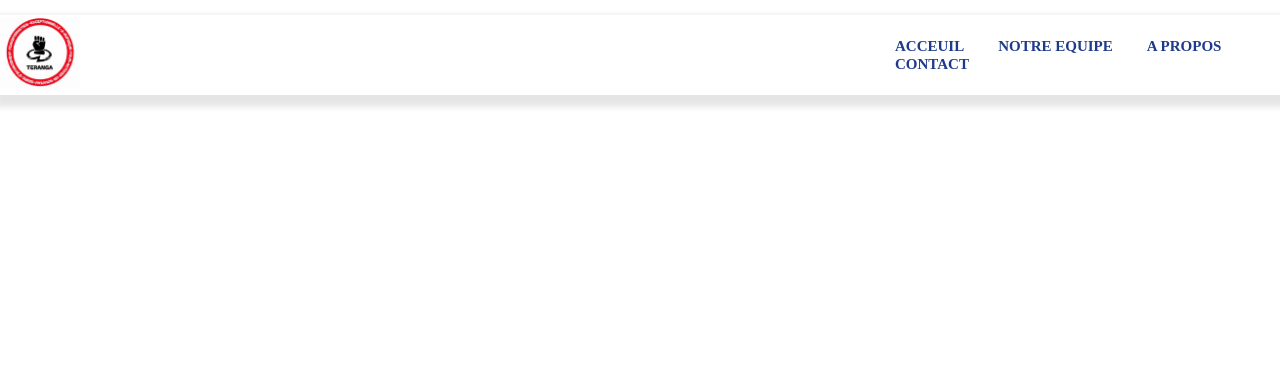
Repository: assanendao171/projet-teranga
Page: equipe.html
An editor plug-in stored every save of this project. The page is shown before and after the next save, followed by the edit.
The browser window is 1280 px wide. The pictures show the whole page.

Above is the page before, as saved 2026-02-14 12:52:19.

After the next save:
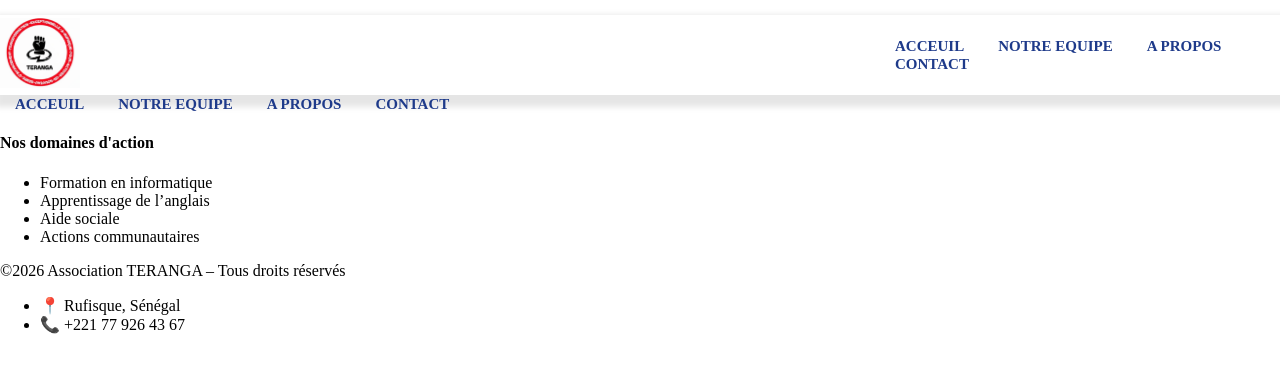
Saved 24 s later.
--- a/equipe.html
+++ b/equipe.html
@@ -24,5 +24,34 @@
       </div>
     </header>
     <!-- corps -->
+
+    <footer>
+      <nav class="btn-footer">
+        <a href="index.html" target="_blank">ACCEUIL</a>
+        <a href="equipe.html" target="_blank">NOTRE EQUIPE</a>
+        <a href="propos.html" target="_blank">A PROPOS</a>
+        <a href="contact.html" target="_blank">CONTACT</a>
+      </nav>
+      <div class="contain-footer">
+        <div class="liste-footer">
+          <h4>Nos domaines d'action</h4>
+          <ul>
+            <li>Formation en informatique</li>
+            <li>Apprentissage de l’anglais</li>
+            <li>Aide sociale</li>
+            <li>Actions communautaires</li>
+          </ul>
+        </div>
+        <div class="copyright">
+          <p>&copy;2026 Association TERANGA – Tous droits réservés</p>
+        </div>
+        <div class="contact">
+          <ul>
+            <li>📍 Rufisque, Sénégal</li>
+            <li>📞 +221 77 926 43 67</li>
+          </ul>
+        </div>
+      </div>
+    </footer>
 </body>
 </html>
